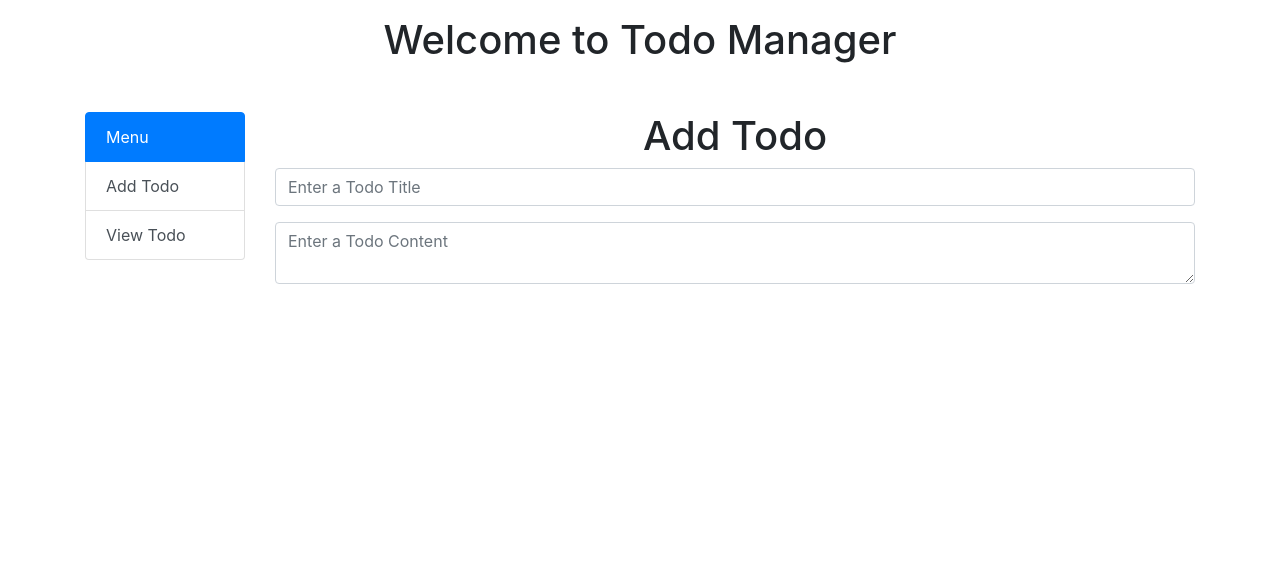
Repository: HarshViijay/spring-boot
Page: http://localhost/ToDoApp/add
An editor plug-in stored every save of this project. The page is shown before and after the next save, followed by the edit.
The browser window is 1280 px wide. The pictures show the whole page.
Some web libraries are served in a nearby version. The page is served by Tomcat 9. Other server files are loaded and not shown.

Above is the page before, as saved 2023-03-12 11:44:42.

### ToDoApp/src/main/webapp/WEB-INF/pages/home.jsp
<%@ page language="java" contentType="text/html; charset=UTF-8"
	pageEncoding="UTF-8"%>

<%@ taglib prefix="c" uri="http://java.sun.com/jsp/jstl/core"%>

<%@page isELIgnored="false"%>

<%@ taglib prefix="form" uri="http://www.springframework.org/tags/form"%>

<!doctype html>
<html lang="en">
<head>
<!-- Required meta tags -->
<meta charset="utf-8">
<meta name="viewport"
	content="width=device-width, initial-scale=1, shrink-to-fit=no">

<!-- Bootstrap CSS -->
<link rel="stylesheet"
	href="https://cdn.jsdelivr.net/npm/bootstrap@4.0.0/dist/css/bootstrap.min.css"
	integrity="sha384-Gn5384xqQ1aoWXA+058RXPxPg6fy4IWvTNh0E263XmFcJlSAwiGgFAW/dAiS6JXm"
	crossorigin="anonymous">

<title><c:out value="${page }"></c:out></title>
</head>
<body>

	<div class="container mt-3">
		<h1 class="text-center">Welcome to Todo Manager</h1>

		<div class="row mt-5">
			<div class="col-md-2">

				<div class="list-group">
					<button type="button"
						class="list-group-item list-group-item-action active">
						Menu</button>
					<a href="<c:url value='/add'></c:url>"
						class="list-group-item list-group-item-action">Add Todo</a> <a
						href="<c:url value='/home'></c:url>"
						class="list-group-item list-group-item-action">View Todo </a>
				</div>

			</div>
			<div class="col-md-10">

				<c:if test="${page=='home' }">
					<h1 class="text-center">All Todos</h1>
				</c:if>

				<c:if test="${page=='add' }">
					<h1 class="text-center">Add Todo</h1>

					<form:form action="/saveTodo" method="post" modelAttribute="todo">

						<div class="form-group">

							<form:input path="todoTitle" cssClass="form-control" placeholder="Enter a Todo Title" />

						</div>

						<div class="form-group">

							<form:textarea path="todoContent" cssClass="form-control" placeholder="Enter a Todo Content" />

						</div>

					</form:form>


				</c:if>

			</div>
		</div>
	</div>

	<!-- Optional JavaScript -->
	<!-- jQuery first, then Popper.js, then Bootstrap JS -->
	<script src="https://code.jquery.com/jquery-3.2.1.slim.min.js"
		integrity="sha384-KJ3o2DKtIkvYIK3UENzmM7KCkRr/rE9/Qpg6aAZGJwFDMVNA/GpGFF93hXpG5KkN"
		crossorigin="anonymous"></script>
	<script
		src="https://cdn.jsdelivr.net/npm/popper.js@1.12.9/dist/umd/popper.min.js"
		integrity="sha384-ApNbgh9B+Y1QKtv3Rn7W3mgPxhU9K/ScQsAP7hUibX39j7fakFPskvXusvfa0b4Q"
		crossorigin="anonymous"></script>
	<script
		src="https://cdn.jsdelivr.net/npm/bootstrap@4.0.0/dist/js/bootstrap.min.js"
		integrity="sha384-JZR6Spejh4U02d8jOt6vLEHfe/JQGiRRSQQxSfFWpi1MquVdAyjUar5+76PVCmYl"
		crossorigin="anonymous"></script>
</body>
</html>

### ToDoApp/src/main/java/com/entities/Todo.java
package com.entities;

import java.util.Date;

public class Todo {

	private String todoTitle;
	private String todoContent;
	private Date todoDate;

	public Todo(String todoTitle, String todoContent, Date todoDate) {
		super();
		this.todoTitle = todoTitle;
		this.todoContent = todoContent;
		this.todoDate = todoDate;
	}
	public Todo() {
		super();
		// TODO Auto-generated constructor stub
	}
	public String getTodoTitle() {
		return todoTitle;
	}
	public void setTodoTitle(String todoTitle) {
		this.todoTitle = todoTitle;
	}
	public String getTodoContent() {
		return todoContent;
	}
	public void setTodoContent(String todoContent) {
		this.todoContent = todoContent;
	}
	public Date getTodoDate() {
		return todoDate;
	}
	public void setTodoDate(Date todoDate) {
		this.todoDate = todoDate;
	}
	@Override
	public String toString() {
		// TODO Auto-generated method stub
		return this.getTodoTitle()+" : "+this.getTodoContent();
	}


}

After the next save:
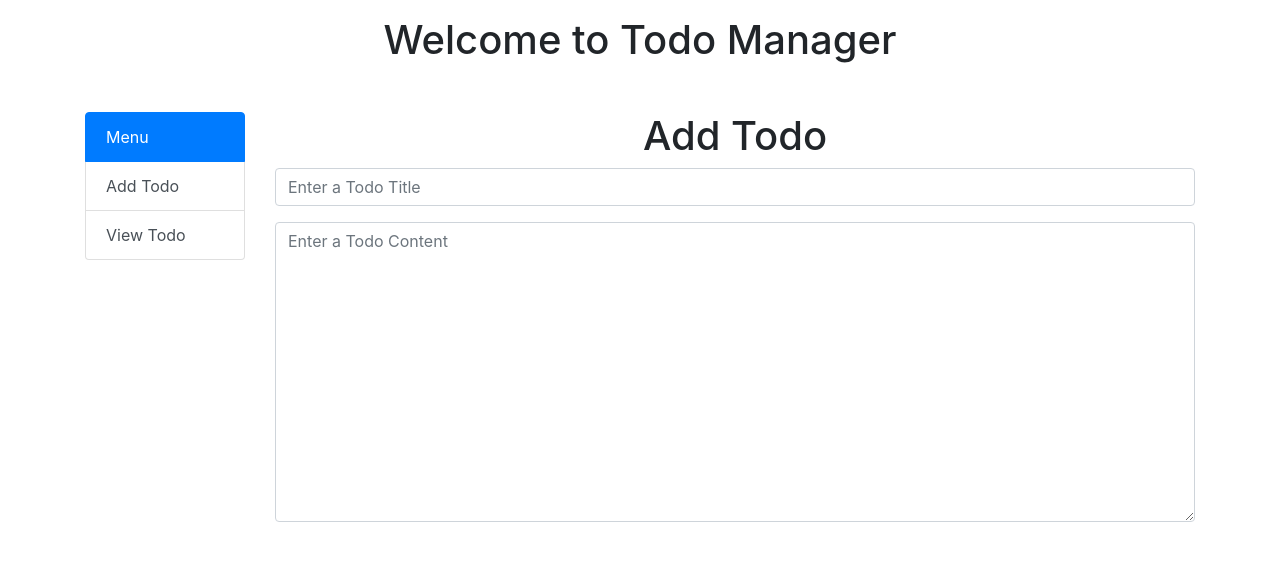
Saved 24 s later.
--- a/ToDoApp/src/main/webapp/WEB-INF/pages/home.jsp
+++ b/ToDoApp/src/main/webapp/WEB-INF/pages/home.jsp
@@ -61,7 +61,7 @@
 
 						<div class="form-group">
 
-							<form:textarea path="todoContent" cssClass="form-control" placeholder="Enter a Todo Content" />
+							<form:textarea path="todoContent" cssClass="form-control" placeholder="Enter a Todo Content" cssStyle="height:300px"/>
 
 						</div>
 
